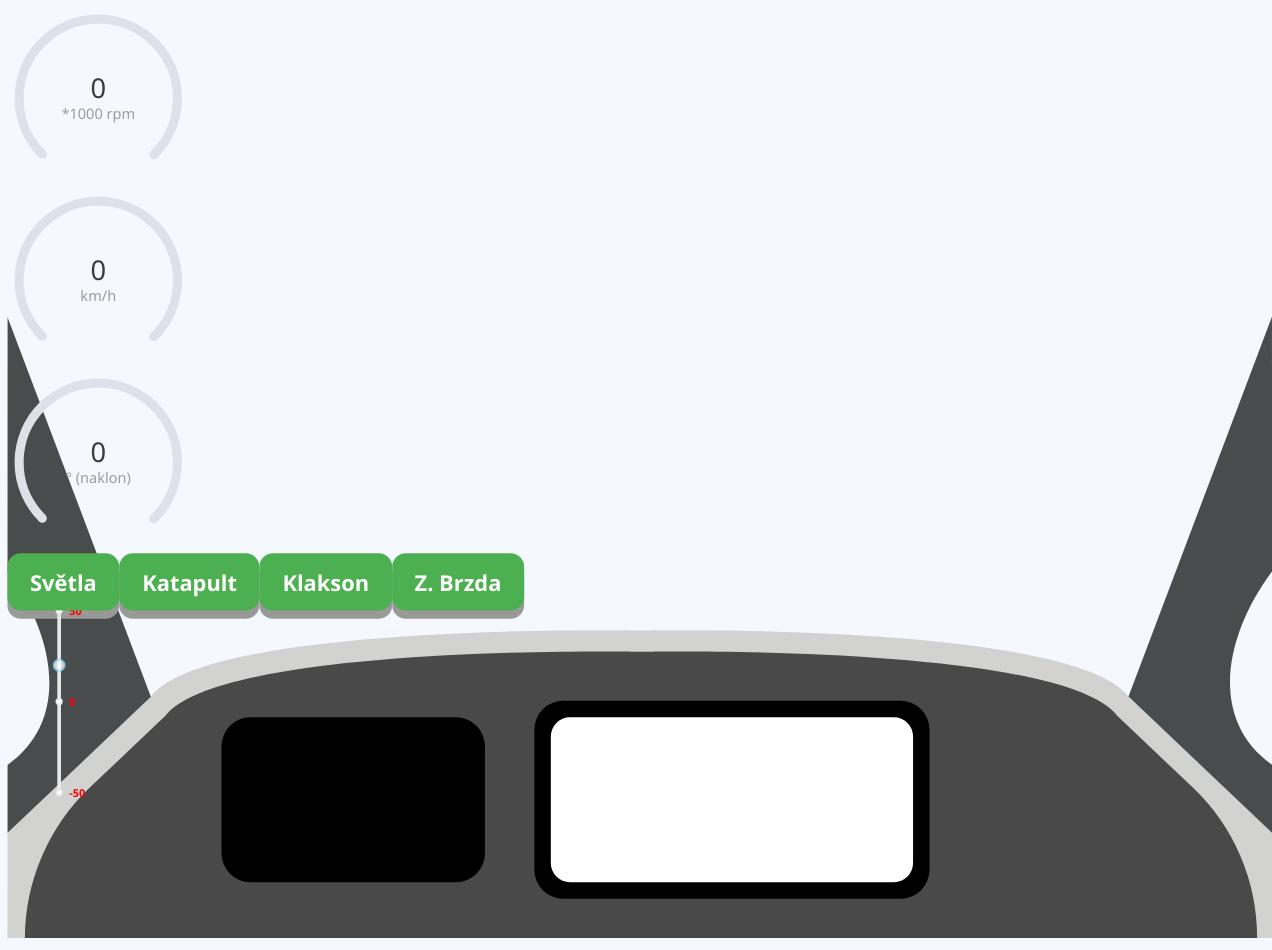
Repository: matyasvelc/train
Page: / (app in frontend/)
The author's editor kept a copy of each file at every save. The page is drawn from the files as they stood at one save, then again after the next save.
The browser window is 1280 px wide. The page is 1398 px wide, then 1280 px, so the pictures cover 1398 px, including what lies to the right of the window. The pictures show the whole page, at 91% of full size.
The page's requests for data from a server got no answer. The project was rebuilt for these pictures with package versions that can differ from the ones it lists, and the page was loaded fresh each time. No one was signed in, and anything a server would have sent is missing.

Above is the page before, as saved 2022-04-04 16:20:42.

After the next save:
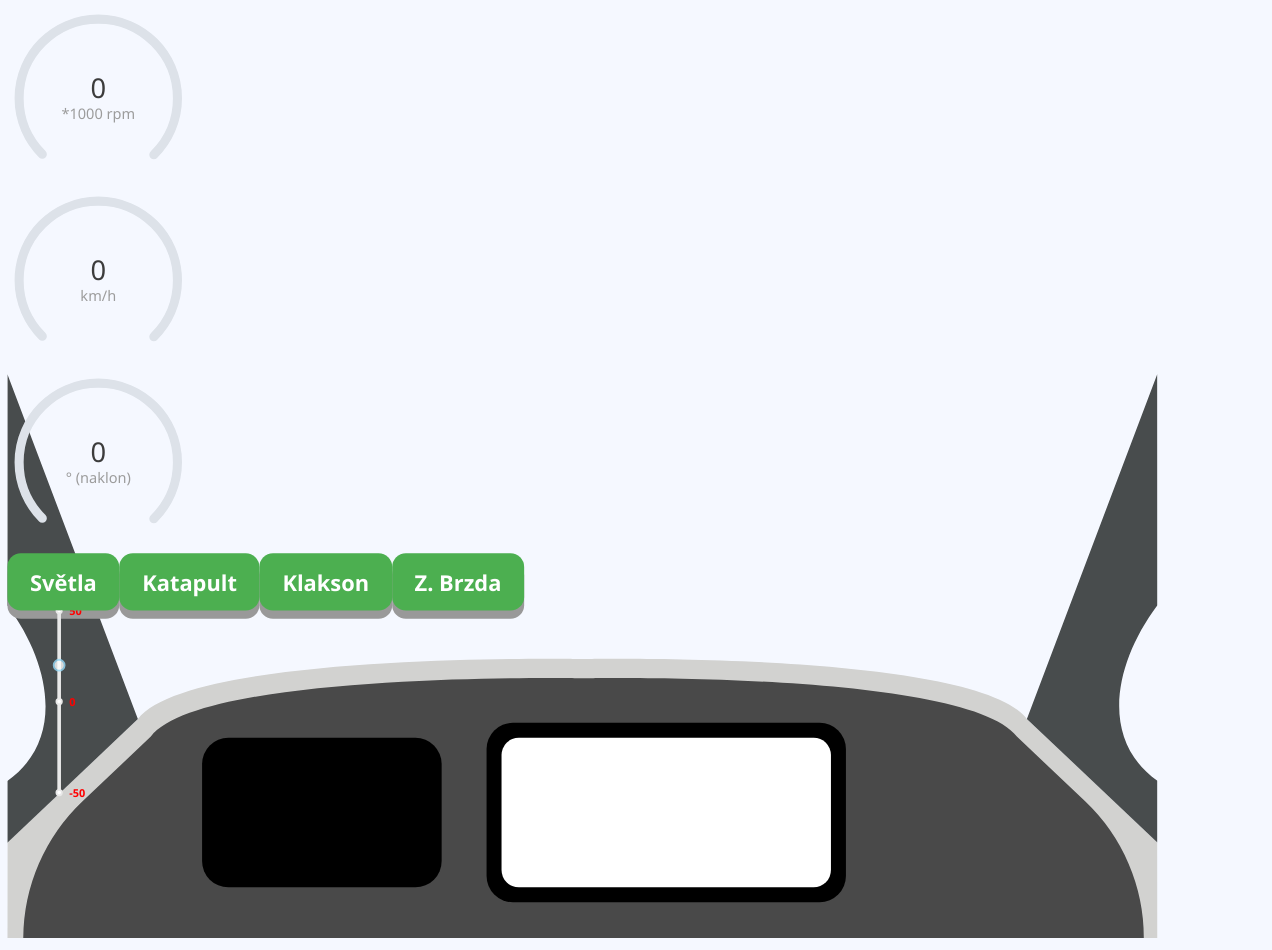
Saved 14 s later.
--- a/frontend/src/styles.css
+++ b/frontend/src/styles.css
@@ -13,7 +13,7 @@ body {
   background-image:url(./train.svg);
   background-repeat: no-repeat;
   background-size: 100%;
-  width: 110%;
+  width: 100%;
   overflow: hidden;
   background-position: bottom;
 }
